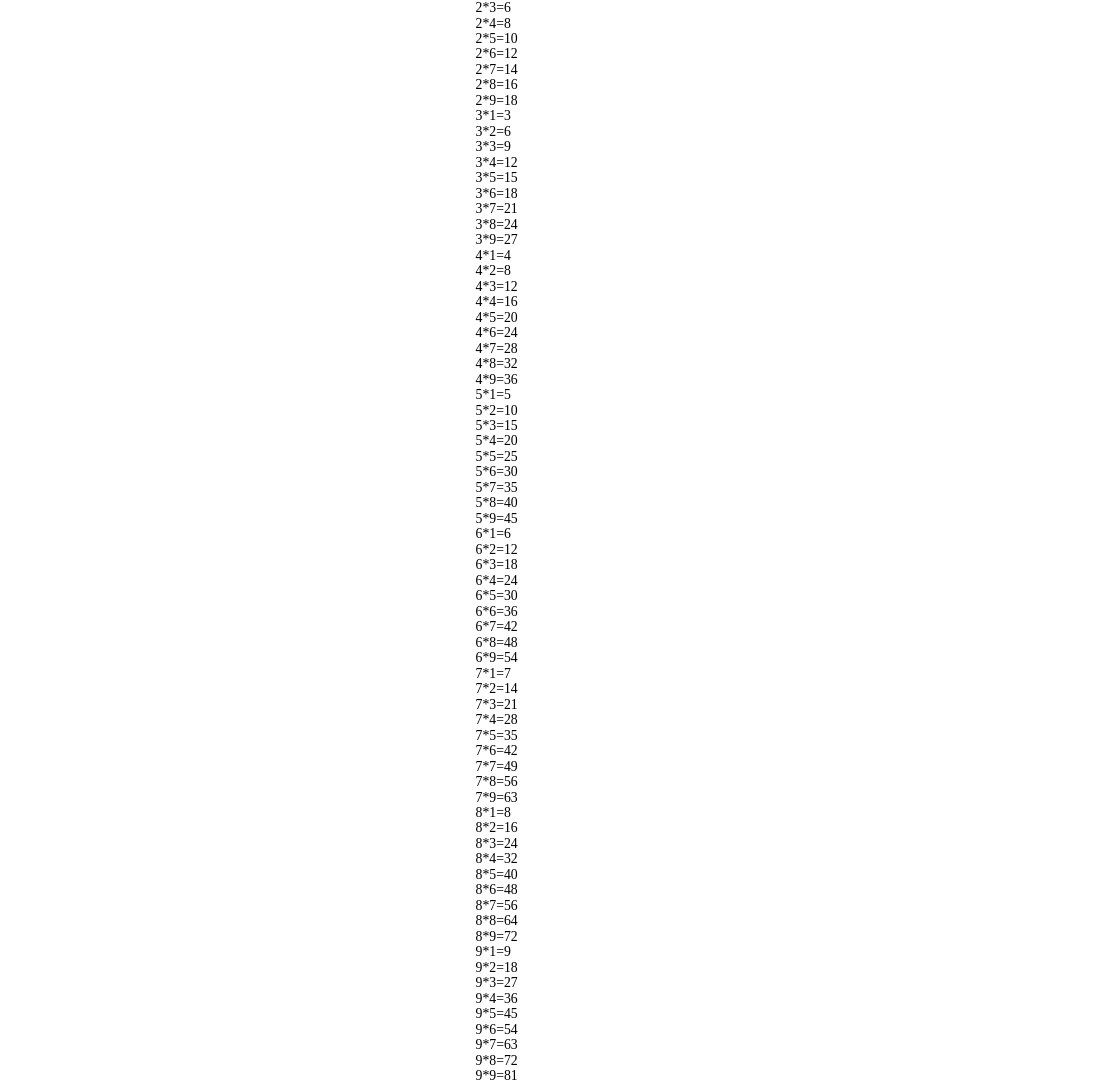
Repository: tjdwlsaos22/TJ_JSP
Page: http://localhost/JSP/Addition.jsp
The author's editor kept a copy of each file at every save. The page is drawn from the files as they stood at one save, then again after the next save.
The browser window is 1280 px wide. The pictures show the whole page, at 86% of full size.
The page is served by Tomcat 9.

Above is the page before, as saved 2024-01-17 06:11:14.

After the next save:
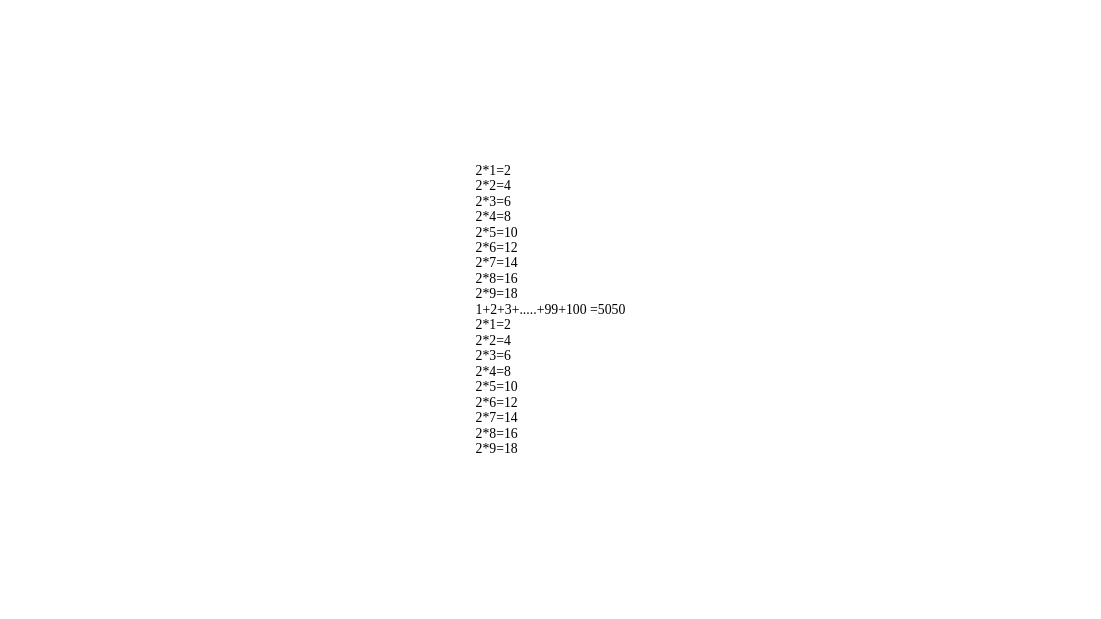
Saved 23 s later.
--- a/jsp/JSP/src/main/webapp/Addition.jsp
+++ b/jsp/JSP/src/main/webapp/Addition.jsp
@@ -39,11 +39,11 @@
 
 	}
 
-	for(int e=1;e<=9;e++){
+	/*for(int e=1;e<=9;e++){
 		for(int f=1;f<=9;f++){
 			out.print(e+"*"+f+"="+(e*f)+"<br>");
 		}
-	}
+	}*/
 	/*int a=30;
 	int b=20;
 	int addition=a+b;
